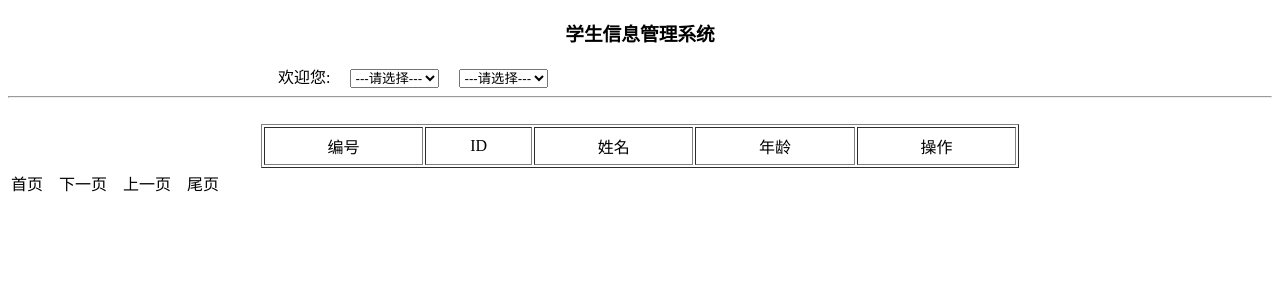
Repository: DataBoxWx/mvc_servlet_3
Page: http://localhost/crud_1/ajax/studentlist.jsp
The author's editor kept a copy of each file at every save. The page is drawn from the files as they stood at one save, then again after the next save.
The browser window is 1280 px wide. The pictures show the whole page.
The page is served by Tomcat 9. Other server files are loaded and not shown.

Above is the page before, as saved 2018-05-08 07:41:21.

### crud_1/WebContent/ajax/studentlist.jsp
<%@ page language="java" contentType="text/html; charset=UTF-8"
    pageEncoding="UTF-8"%>
<%
	String basePath = request.getScheme() + "://" + request.getServerName() + ":" + 	request.getServerPort() + request.getContextPath() + "/";
%>
<!DOCTYPE html PUBLIC "-//W3C//DTD HTML 4.01 Transitional//EN" "http://www.w3.org/TR/html4/loose.dtd">
<html>
<head>
<base href="<%=basePath%>">
<meta http-equiv="Content-Type" content="text/html; charset=UTF-8">
<script type="text/javascript" src="js/jquery-1.8.3.min.js"></script>
<title>Insert title here</title>
<style type="text/css">
	td{
		text-align: center
	}
</style>
<script type="text/javascript">


	$(function(){
		$.post(
			"controller/list.do",
			function(data){
				$(data.slist).each(function(i){
					$("#tbody").append("<tr><td>"+i+"</td><td>"+this.id
							+"</td><td>"+this.name+"</td><td>"+this.age+"</td><td><a>编辑</a>||<a>删除</a></td></tr>");
				})
			},
			"json"
		)

	})
</script>
</head>
<body>
	<h3 align="center">学生信息管理系统</h3>
	<span style="margin-left: 270px" >欢迎您:${username}&nbsp;&nbsp;&nbsp;&nbsp;
		<select id="pid">
			<option>---请选择---</option>
		</select>&nbsp;&nbsp;&nbsp;&nbsp;
		<select id="cid">
			<option>---请选择---</option>
		</select>
	</span><br/>
	<hr/><br>
	<table align="center" border="1" cellpadding="6" width="60%">
		<thead>
			<tr>
				<td>编号</td>
				<td>ID</td>
				<td>姓名</td>
				<td>年龄</td>
				<td>操作</td>
			</tr>
		</thead>
		<tbody id="tbody">

		</tbody>
	</table>
	<table>
			<tr>
				<td>
					<a>首页</a>&nbsp;&nbsp;&nbsp;
					<a>下一页</a>&nbsp;&nbsp;&nbsp;
					<a>上一页</a>&nbsp;&nbsp;&nbsp;
					<a>尾页</a>
				</td>
			</tr>
	</table>
</body>
</html>

### crud_1/src/com/bjpowernode/crud/controller/StudentController.java
 package com.bjpowernode.crud.controller;

import java.io.IOException;
import java.io.PrintWriter;
import java.util.ArrayList;
import java.util.List;

import javax.servlet.ServletException;
import javax.servlet.http.HttpServlet;
import javax.servlet.http.HttpServletRequest;
import javax.servlet.http.HttpServletResponse;

import com.bjpowernode.crud.domain.Students;
import com.bjpowernode.crud.service.StudentService;
import com.bjpowernode.crud.service.impl.StudentServiceImpl;
import com.bjpowernode.crud.util.ServiceFactory;
import com.sun.org.apache.bcel.internal.generic.NEW;

public class StudentController extends HttpServlet{
	@Override
	protected void doGet(HttpServletRequest request, HttpServletResponse response) throws ServletException, IOException {
		response.setContentType("text/html;charset=utf-8");
		StudentService studentService  = (StudentService) ServiceFactory.getService(new StudentServiceImpl());
		String path = request.getServletPath();
		if("/controller/list.do".equals(path)){
			list(request,response,studentService);
		}else if("/controller/save.do".equals(path)){
			save(request,response,studentService);
		}else if("/controller/delete.do".equals(path)){
			delete(request,response,studentService);
		}else if("/controller/update.do".equals(path)){
			update(request,response,studentService);
		}
	}
	private void update(HttpServletRequest request, HttpServletResponse response, StudentService studentService) {
		// TODO Auto-generated method stub

	}
	private void delete(HttpServletRequest request, HttpServletResponse response, StudentService studentService) {
		// TODO Auto-generated method stub

	}
	private void save(HttpServletRequest request, HttpServletResponse response, StudentService studentService) {
		// TODO Auto-generated method stub

	}
	private void list(HttpServletRequest request, HttpServletResponse response, StudentService studentService) throws IOException {
		System.out.println("进入学生列表操作");
		List<Students> slist = studentService.getAll();
		StringBuffer buffer = new StringBuffer();
		//{"slist":[{"id":"?","name":"?","age":?}]}
		buffer.append("{\"slist\":[");
		for(int i = 0; i< slist.size();i++){
			Students stu = slist.get(i);
			buffer.append("{\"id\":\"");
			buffer.append(stu.getId());
			buffer.append("\",\"name\":\"");
			buffer.append(stu.getName());
			buffer.append("\",\"age\":");
			buffer.append(stu.getAge());
			buffer.append("}");
			if( i< slist.size()-1){
				buffer.append(",");
			}
		}
		buffer.append("]}");
		System.out.println(buffer);
		PrintWriter out = response.getWriter();
		out.print(buffer.toString());
		out.close();
	}
	@Override
	protected void doPost(HttpServletRequest request, HttpServletResponse response) throws ServletException, IOException {
		this.doGet(request, response);
	}
}

Loaded but not shown: crud_1/WebContent/js/jquery-1.8.3.min.js (library)

After the next save:
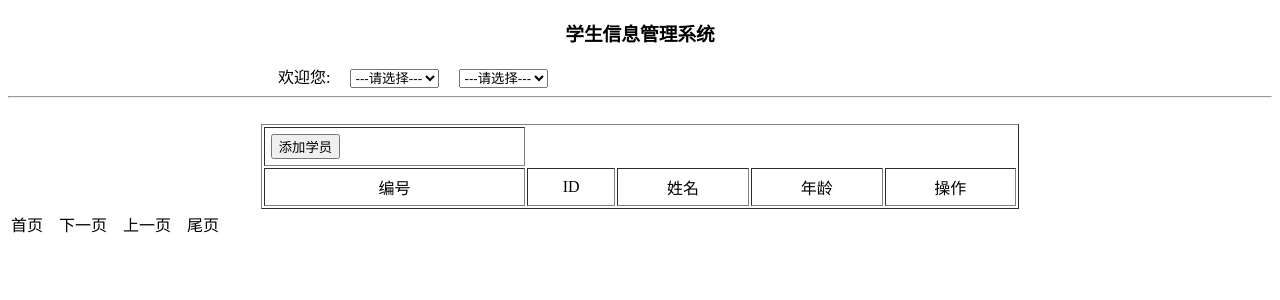
Saved 63 s later.
--- a/crud_1/WebContent/ajax/studentlist.jsp
+++ b/crud_1/WebContent/ajax/studentlist.jsp
@@ -24,7 +24,7 @@
 			function(data){
 				$(data.slist).each(function(i){
 					$("#tbody").append("<tr><td>"+i+"</td><td>"+this.id
-							+"</td><td>"+this.name+"</td><td>"+this.age+"</td><td><a>编辑</a>||<a>删除</a></td></tr>");
+							+"</td><td>"+this.name+"</td><td>"+this.age+"</td><td><a >编辑</a>||<a>删除</a></td></tr>");
 				})
 			},
 			"json"
@@ -46,6 +46,11 @@
 	<hr/><br>
 	<table align="center" border="1" cellpadding="6" width="60%">
 		<thead>
+			<tr>
+				<td style="text-align: left">
+					<button id="addBtn">添加学员</button>&nbsp;&nbsp;
+				</td>
+			</tr>
 			<tr>
 				<td>编号</td>
 				<td>ID</td>
